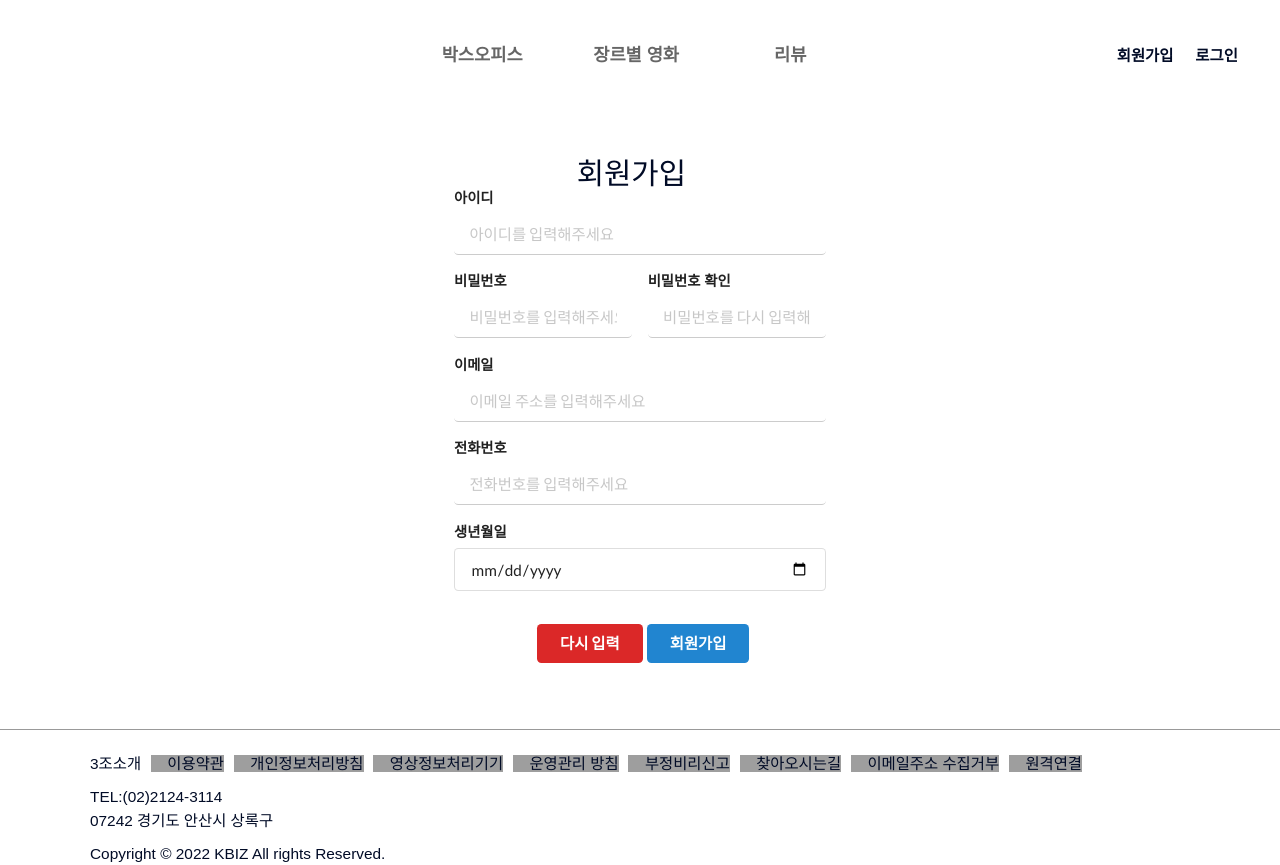
Repository: Minjeong204/project_Movie
Page: http://localhost/Movie/view/register.jsp
The author's editor kept a copy of each file at every save. The page is drawn from the files as they stood at one save, then again after the next save.
The browser window is 1280 px wide. The pictures show the whole page.
Pictures or frames that could not be fetched are drawn as grey boxes. Some web libraries are served in a nearby version. The page is served by Tomcat 9. Nobody is signed in. The application's start-up code is not run. The template is opened directly, without the code that normally fills it, so the values that code supplies are empty.

Above is the page before, as saved 2022-12-27 09:54:20.

After the next save:
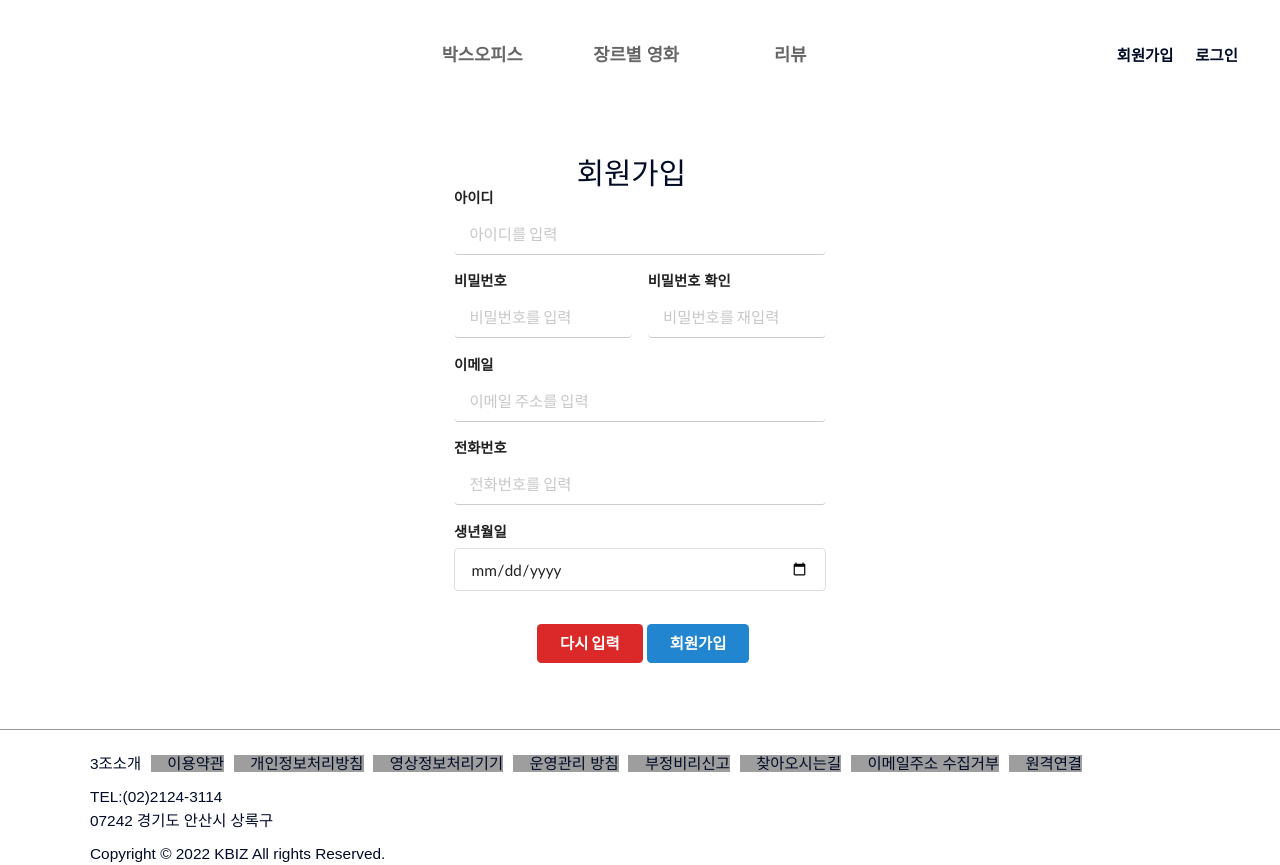
Saved 6 min 8 s later.
--- a/JSP-Project/Movie/WebContent/view/register.jsp
+++ b/JSP-Project/Movie/WebContent/view/register.jsp
@@ -19,29 +19,29 @@ if (request.getAttribute("regID") != null) {
 		<h2 class="join_title">회원가입</h2>
 		<div class="field">
 			<label>아이디</label> <input type="text" name="userId" id="userId"
-				placeholder="아이디를 입력해주세요">
+				placeholder="아이디를 입력">
 		</div>
 
 		<div class="two fields">
 			<div class="field">
 				<label>비밀번호</label> <input type="password" name="userPW" id="userPW"
-					placeholder="비밀번호를 입력해주세요">
+					placeholder="비밀번호를 입력">
 			</div>
 
 			<div class="field">
 				<label>비밀번호 확인</label> <input type="password" name="userRePW"
-					id="userRePW" placeholder="비밀번호를 다시 입력해주세요">
+					id="userRePW" placeholder="비밀번호를 재입력">
 			</div>
 		</div>
 
 		<div class="field">
 			<label>이메일</label> <input type="email" name="userEmail"
-				id="userEmail" placeholder="이메일 주소를 입력해주세요">
+				id="userEmail" placeholder="이메일 주소를 입력">
 		</div>
 
 		<div class="field">
 			<label>전화번호</label> <input type="text" name="userPhone"
-				id="userPhone" placeholder="전화번호를 입력해주세요">
+				id="userPhone" placeholder="전화번호를 입력">
 		</div>
 
 		<div class="field">
